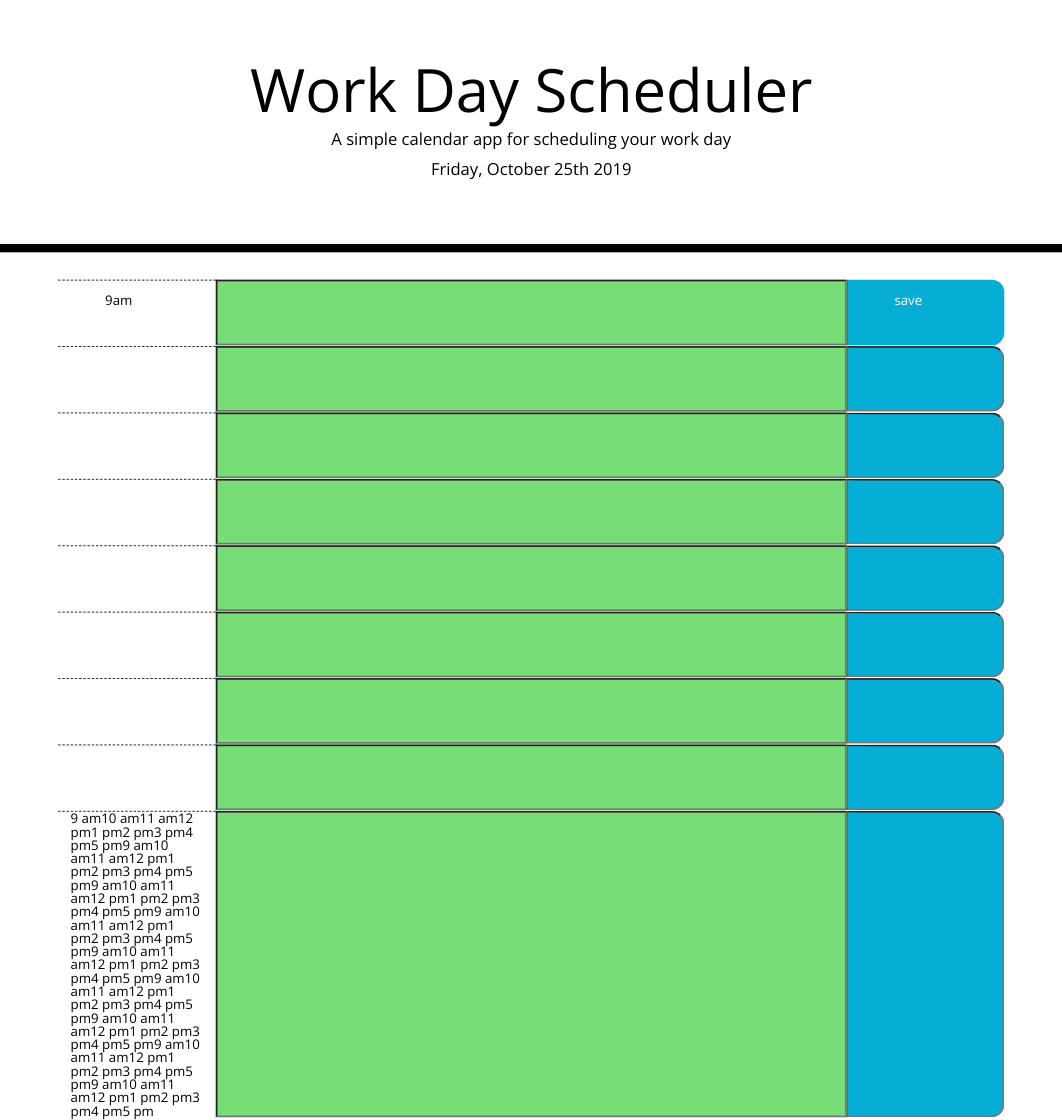
Repository: s88leigh/Day-Planner
Page: Develop/index.html
An editor plug-in stored every save of this project. The page is shown before and after the next save, followed by the edit.
The browser window is 1280 px wide. The pictures show the whole page, at 83% of full size.
Some web libraries are served in a nearby version.

Above is the page before, as saved 2019-10-26 09:42:44.

### Develop/index.html
<!DOCTYPE html>
<html lang="en">
  <head>
    <meta charset="UTF-8" />
    <meta name="viewport" content="width=device-width, initial-scale=1.0" />
    <meta http-equiv="X-UA-Compatible" content="ie=edge" />
    <link
      rel="stylesheet"
      href="https://stackpath.bootstrapcdn.com/bootstrap/4.3.1/css/bootstrap.min.css"
    />
    <link
      rel="stylesheet"
      href="https://use.fontawesome.com/releases/v5.8.1/css/all.css"
      integrity="sha384-50oBUHEmvpQ+1lW4y57PTFmhCaXp0ML5d60M1M7uH2+nqUivzIebhndOJK28anvf"
      crossorigin="anonymous"
    />
    <link
      href="https://fonts.googleapis.com/css?family=Open+Sans&display=swap"
      rel="stylesheet"
    />
    <link rel="stylesheet" href="style.css" />
    <title>Work Day Scheduler</title>
  </head>

  <body>
    <script src="lib\moment\moment.min.js"></script>

    <header class="jumbotron">
      <h1 class="display-3">Work Day Scheduler</h1>
      <p class="lead">A simple calendar app for scheduling your work day</p>
      <p id="currentDay" class="lead">8:00</p>
    </header>
    <div class="container">
      <!-- Timeblocks go here -->

      <div class="row">
        <div class="col-2 hour">
          9am
        </div>
        <input class="col-8 future"></input>
        <div class="col-2 saveBtn">
          save
        </div>
        </div>
      </div>
      </div>


    <script>
      const curDay = document.querySelector(".currentDay");

      function updateTime(){
        const now = moment();
        const date = now.format("dddd, MMMM Do YYYY");

        currentDay.textContent = date;
      }
      setInterval (updateTime , 1000)
      updateTime();


    </script>


    <script src="https://code.jquery.com/jquery-3.4.1.min.js"></script>
    <script src="https://cdnjs.cloudflare.com/ajax/libs/moment.js/2.24.0/moment.min.js"></script>
    <script src="script.js"></script>
    </body>
</html>

### Develop/style.css
body {
  font-family: 'Open Sans', sans-serif;
  font-size: 16px;
  line-height: 1;
}

textarea{
  background: transparent;
  border: none;
  resize: none;
  color: #000000;
  border-left: 1px solid black;
  padding: 10px;
}

.jumbotron {
  text-align: center;
  background-color: transparent;
  color: black;
  border-radius: 0;
  border-bottom: 10px solid black;
}

.description{
  white-space: pre-wrap;
}

.time-block{
  text-align: center;
  border-radius: 15px;
}

.row {
  white-space: pre-wrap;
  height: 80px;
  border-top: 1px solid white;;
}

.hour {
  background-color: #ffffff;
  color: #000000;
  border-top: 1px dashed #000000;
}

.past {
  background-color: #d3d3d3;
  color: white;
}

.present {
  background-color: #ff6961;
  color: white;
}

.future {
  background-color: #77dd77;
  color: white;
}

.saveBtn {
  border-left: 1px solid black;
  border-top-right-radius: 15px;
  border-bottom-right-radius: 15px;
  background-color: #06AED5;
  color: white;
}

.saveBtn i:hover {
  font-size: 20px;
  transition: all .3s ease-in-out;
}

### Develop/script.js
var startTime = 9;
var endTime = 17
timeSlots = $(".container");

for(i = startTime; i < endTime; i++) {
    newHour = $("<div>");
    newHour.addClass("row");

    hour = $("<div>");
    hour.addClass("col-2 hour");
    hour.text[i];

    dailyTask = $("<input>");
    dailyTask.addClass("col-8");
    dailyTask.addClass("future");

    saveButton = $("<input>");
    saveButton.addClass("col-2 saveBtn");
    saveButton.addClass("saveBtn i:hover");

    newHour.append(hour, dailyTask, saveButton);
    timeSlots.append(newHour);
 }
 var hourArray = [
    "9 am",
    "10 am",
    "11 am",
    "12 pm",
    "1 pm",
    "2 pm",
    "3 pm",
    "4 pm",
    "5 pm"
 ]
 for (var i=0; i < hourArray.length; i++) {

hour.append(hourArray);
    //  console.log(hourArray)
 }

var saveButton = $(".saveBtn");
var dailyTask = $("input");

$(".saveBtn").on("click", function(){

  console.log("clicked save button");
    });

$("input").on("change", function(event) {
    event.preventDefault();
    console.log("Daily Task");
})


    // localStorage.setItem("dailyTask", dailyTaskInput);

    // var saveButton=JSON.stringify(value);
    // localStorage.setItem("saveButton", saveButtonJSON);

Loaded but not shown: Develop/lib/moment/moment.min.js (library)

After the next save:
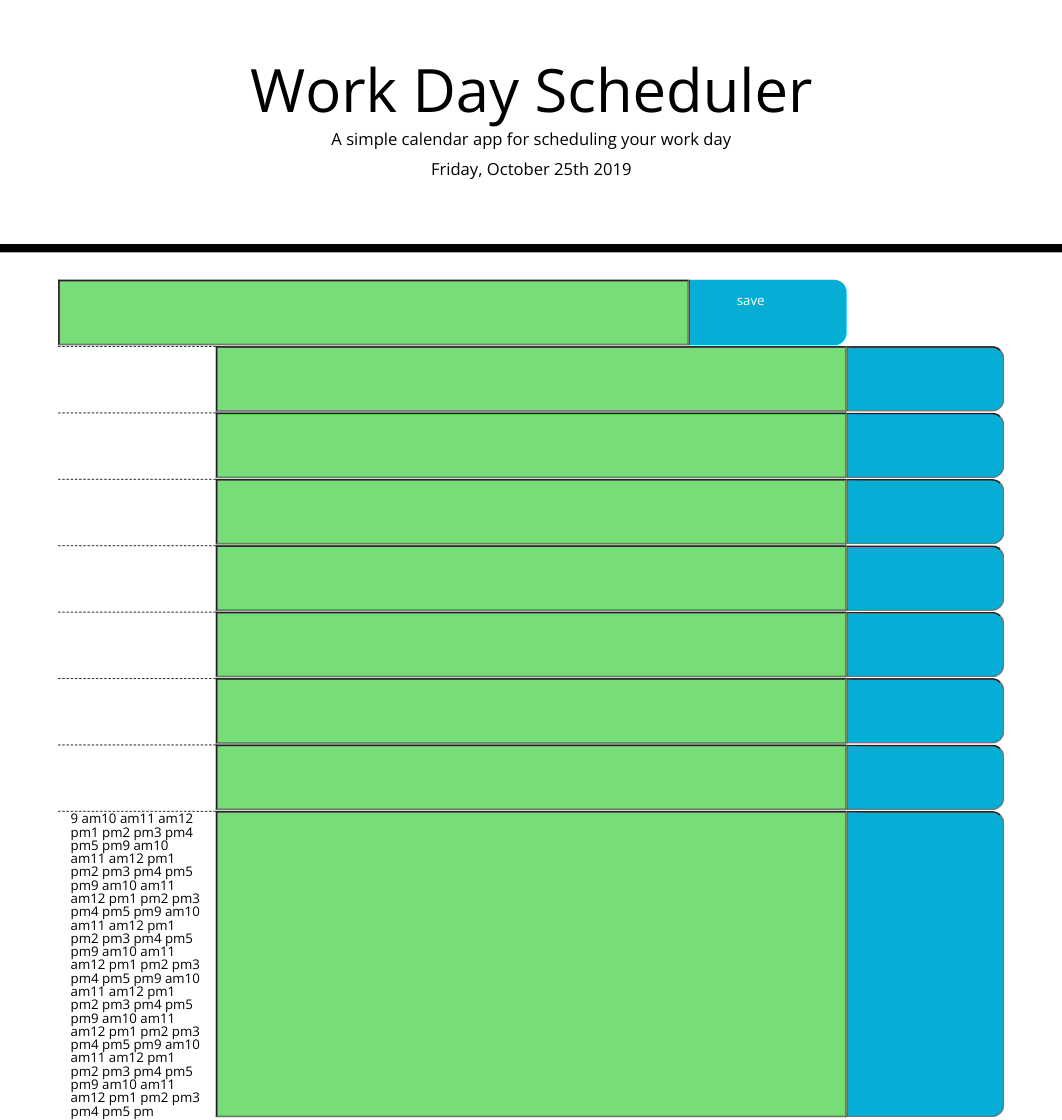
Saved 30 s later.
--- a/Develop/index.html
+++ b/Develop/index.html
@@ -34,9 +34,7 @@
       <!-- Timeblocks go here -->
 
       <div class="row">
-        <div class="col-2 hour">
-          9am
-        </div>
+
         <input class="col-8 future"></input>
         <div class="col-2 saveBtn">
           save
